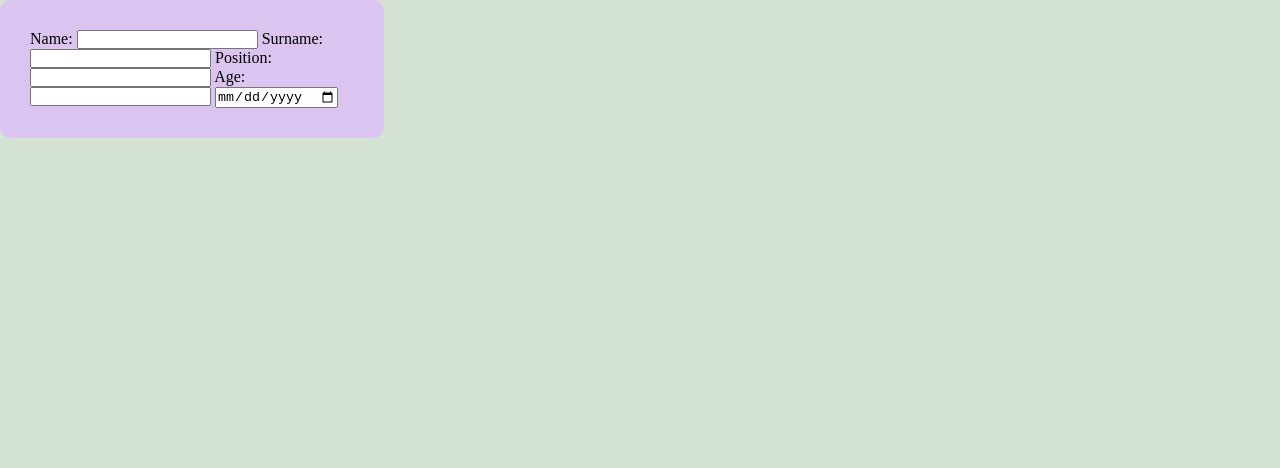
Repository: AytacSafarova/Form-lesson
Page: index.html
An editor plug-in stored every save of this project. The page is shown before and after the next save, followed by the edit.
The browser window is 1280 px wide. The pictures show the whole page.

Above is the page before, as saved 2023-08-29 14:36:50.

After the next save:
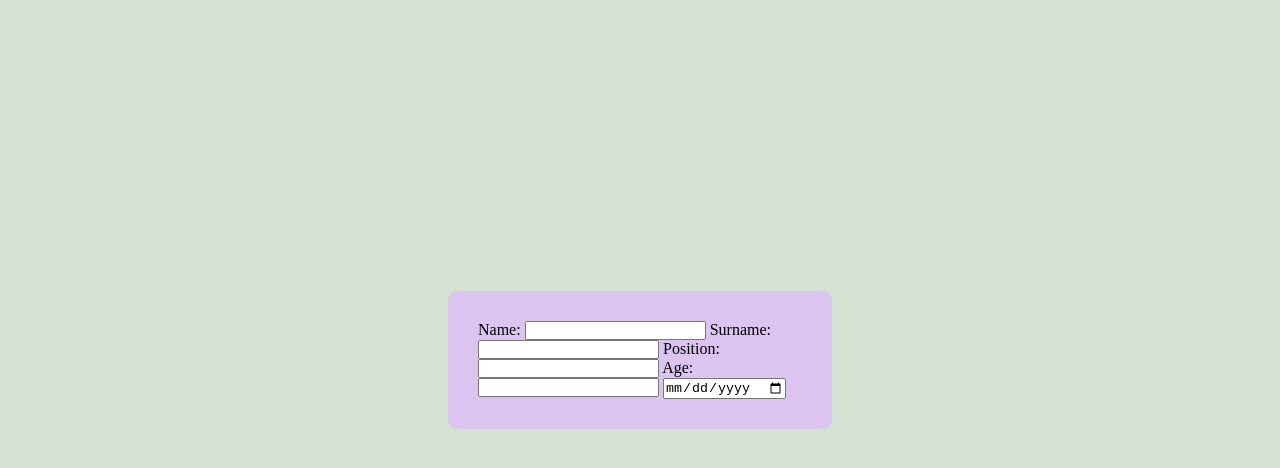
Saved 7 s later.
--- a/index.css
+++ b/index.css
@@ -7,9 +7,9 @@ div{
     background-color: #D4E2D4;
    min-height: 100vh;
    width: 100%;
-   /* display: flex;
+   display: flex;
    justify-content: center;
-   align-items: center; */
+   align-items: center;
 }
 form{
     width: 30%;
